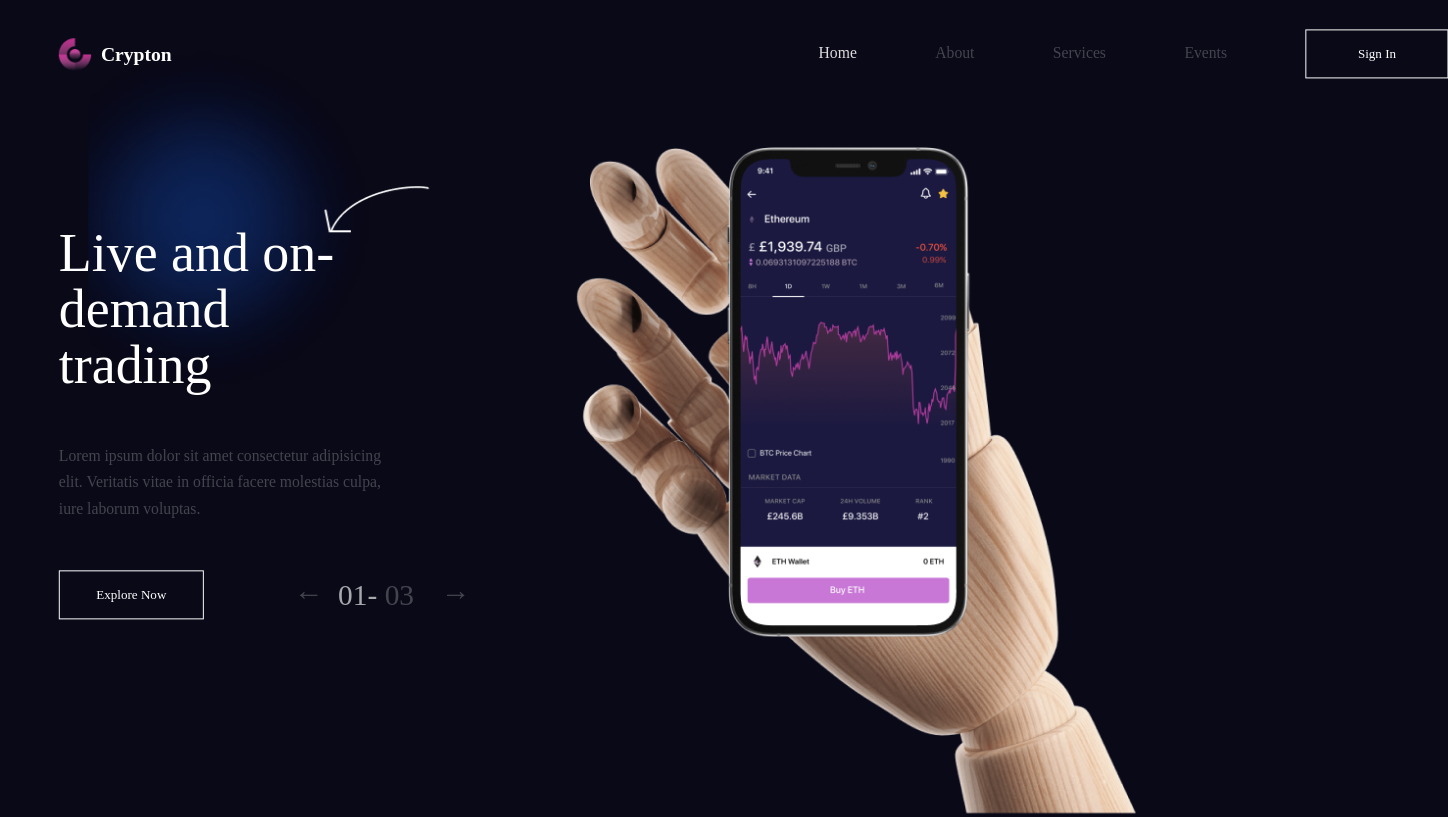
Repository: isaacCodes1/Crypton-Website
Page: index.html
These files come from the project's save history. The page is drawn as it stood at one moment and after a run of saves; the edit follows.
The browser window is 1280 px wide. The page is 1478 px wide, so the pictures cover 1478 px, including what lies to the right of the window. The pictures show the whole page, at 98% of full size.

Above is the page before, as saved 2024-05-14 20:51:33.

### index.html
<!DOCTYPE html>
<html lang="en">
  <head>
    <meta charset="UTF-8" />
    <meta name="viewport" content="width=device-width, initial-scale=1.0" />
    <link rel="stylesheet" href="style.css" />
    <title>Crypton HomePage</title>
  </head>
  <body>
    <header>
      <nav>
        <div class="headerGen">
          <div class="logo">
            <img class="logoImage" src="/Assets/Group 605.png" alt="" />
            <p class="logoText">Crypton</p>
            <ul>
              <li>Home</li>
              <li style="color: #d6d5d54a">About</li>
              <li style="color: #d6d5d54a">Services</li>
              <li style="color: #d6d5d54a">Events</li>
              <button class="sign">Sign In</button>
            </ul>
          </div>
        </div>
      </nav>
    </header>
    <section>
      <div class="firstSectionGeneral">
        <div class="liveTexts">
          <h1 class="liveText"><span><img class="shadow" src="/Assets/shadow.png" alt=""></span><span><img class="arrow" src="/Assets/Arrow_03.png" alt=""></span>Live and on-demand trading</h1>
          <p class="lorem">
            Lorem ipsum dolor sit amet consectetur adipisicing elit. Veritatis
            vitae in officia facere molestias culpa, iure laborum voluptas.
          </p>
          <button class="explore">Explore Now</button>
          <span class="rArrow">&#8592;</span>
          <p class="innerP">01- <span class="theBrownNumber">03</span></p>
          <span class="lArrow">&#8594;</span>
        </div>
      </div>
    </section>
    <section>
      <div class="handDiv">
        <div class="woodenHand">
          <img class="wood" src="/Assets/iPhone 12 Pro (Wooden Hands).png
          " alt="">
          <img src="/Assets/Hand.png" alt="">
        </div>
      </div>
    </section>
  </body>
</html>

### style.css
    * {
    margin: 0;
    padding: 0;
    box-sizing: border-box;
    font-family: "poppins";
    }
body{
    background-color: rgb(9, 9, 24);
}
/* NavBar */
.logo {
    display: flex;
    align-items: center;
    gap: 10px;
    padding-top: 30px;
    margin-left: 60px;
    margin-bottom: 150px;
    cursor: pointer;
}
.logoText{
    font-size: 20px;
    color: #fff;
    margin-right: 650px;
    font-weight: 600;
}
.logo ul{
    display: flex;
    color: #dedcdc;
    list-style: none;
    gap: 80px;
    display: flex;
    align-items: center;
    cursor: pointer;
}
    .logo ul li {
        list-style: none;
        display: inline-block;
        /* padding: 8px 12px; */
        position: relative;
    }
    .logo ul li::after {
        content: "";
        width: 0%;
        height: 2px;
        background: #fff;
        display: block;
        margin: auto;
        transition: 0.5s;
    }
    .logo ul li:hover::after {
        width: 70%;
    }

.sign{
    width: 146px;
    height: 50px;
    border: 1px solid #fff;
    background: transparent;
    color: #fff;
    cursor: pointer;
}
/* Landing Page */
.liveTexts{
    /* display: flex; */
}
.liveText{
    display: flex;
    flex-direction: column;
    font-size: 55px;
    width: 340px;
    line-height: 57px;
    color: #fff;
    margin-left: 60px;
    font-weight: normal;
    margin-bottom: 50px;
}
.shadow{
    width: 25%;
    position: absolute;
    top: 20px;
    left: 90px;
    z-index: -1;
}
.lorem{
    color: #d6d5d54a;
    width: 27%;
    margin-left: 60px;
    line-height: 27px;
    margin-bottom: 50px;
}
.explore{
    margin-left: 60px;
    width: 148px;
    height: 50px;
    background: transparent;
    color: #fff;
    border: 1px solid #fff;
}
.arrow{
    position: absolute;
    top: 120px;
    left: 290px;
}
.rArrow{
    position: absolute;
    font-size: 30px;
    top: 585px;
    left: 300px;
    margin-right: 200px;
    color: #d6d5d54a;
    display: flex;
    align-items: center;
}
.lArrow{
    position: absolute;
    font-size: 30px;
    top: 585px;
    left: 450px;
    color: #d6d5d54a;
    display: flex;
    align-items: center;
}
.innerP{
    position: absolute;
    left: 345px;
    top: 590px;
    color: #ffffffa4;
    font-size: 30px;
}
.theBrownNumber{
    color: #d6d5d54a;
}
/* Wooden Hand Image */
.handDiv{
    display: flex;
    position: absolute;
    top: 150px;
    right: 120px;
}
.wood{
    position: absolute;
    right: 170px;
}

After the next 2 saves:
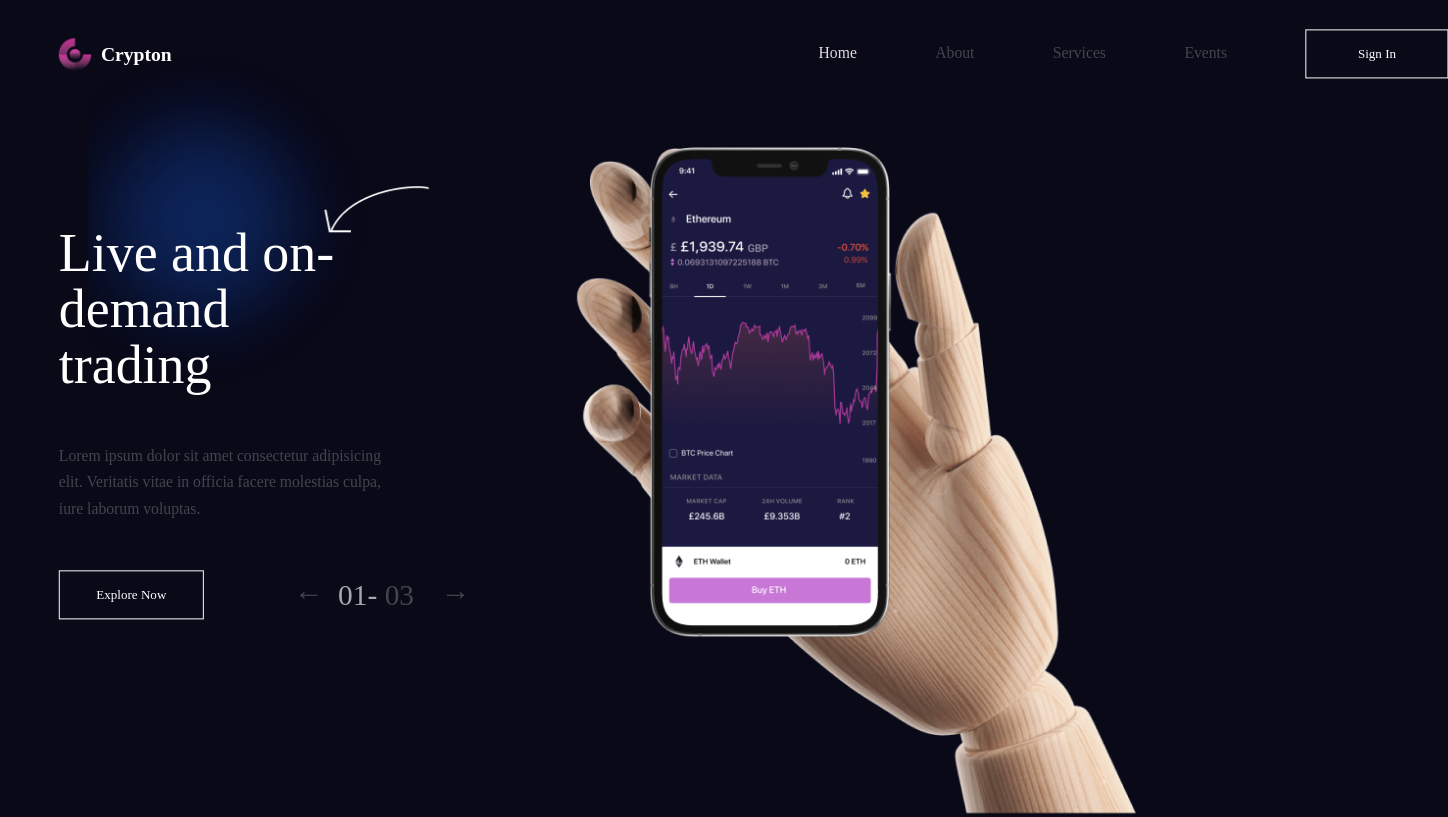
The 2 saves are shown as one change because they came seconds apart.
The last was saved 7 s later.
--- a/style.css
+++ b/style.css
@@ -139,5 +139,5 @@ body{
 }
 .wood{
     position: absolute;
-    right: 170px;
+    right: 250px;
 }
